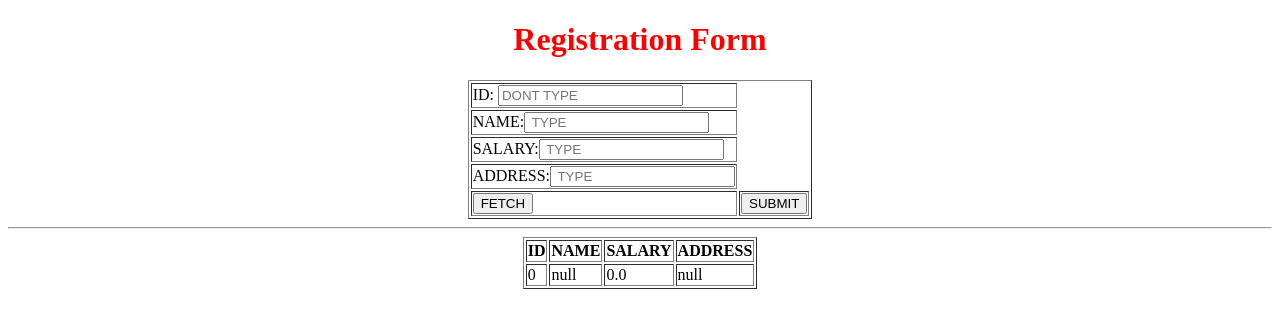
Repository: Amanbadshah/Java-project-
Page: http://localhost/CRUD-SERVLET/
An editor plug-in stored every save of this project. The page is shown before and after the next save, followed by the edit.
The browser window is 1280 px wide. The pictures show the whole page.
The page is served by Tomcat 9. Queries for data that is not in the repository find no rows.

Above is the page before, as saved 2022-06-02 11:38:41.

After the next save:
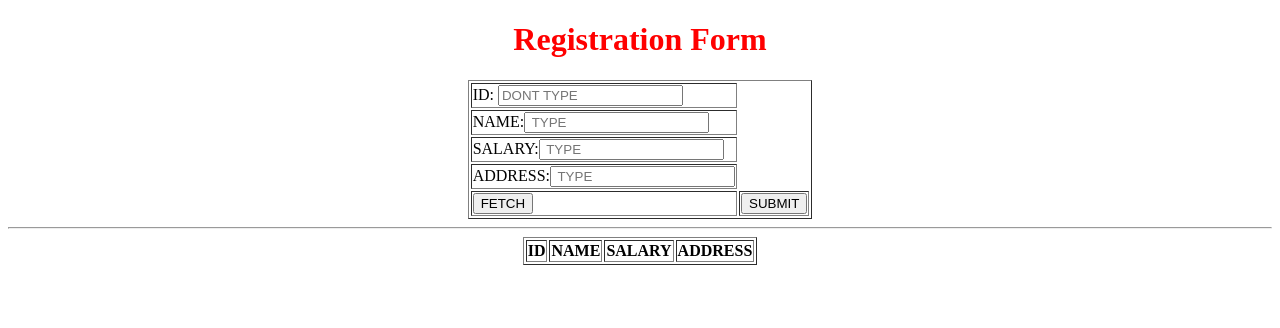
Saved 21 h 57 min later.
--- a/CRUD-SERVLET/src/main/webapp/index.jsp
+++ b/CRUD-SERVLET/src/main/webapp/index.jsp
@@ -61,11 +61,10 @@
 			EmployeeDao empdao = null;
 			emp1 = new Employee();
 			empdao = new EmployeeDaoImpL();
-			List<Employee> list = new ArrayList<Employee>();
+			List<Employee> list = empdao.read();
 			Iterator<Employee> itr = list.iterator();
 			while (itr.hasNext()) {
 				emp1 = itr.next();
-			}
 			%>
 			<tr>
 				<td><%=emp1.getEid()%></td>
@@ -74,7 +73,9 @@
 				<td><%=emp1.getAddress()%></td>
 			</tr>
 
-
+			<%
+			}
+			%>
 
 		</table>
 	</form>
